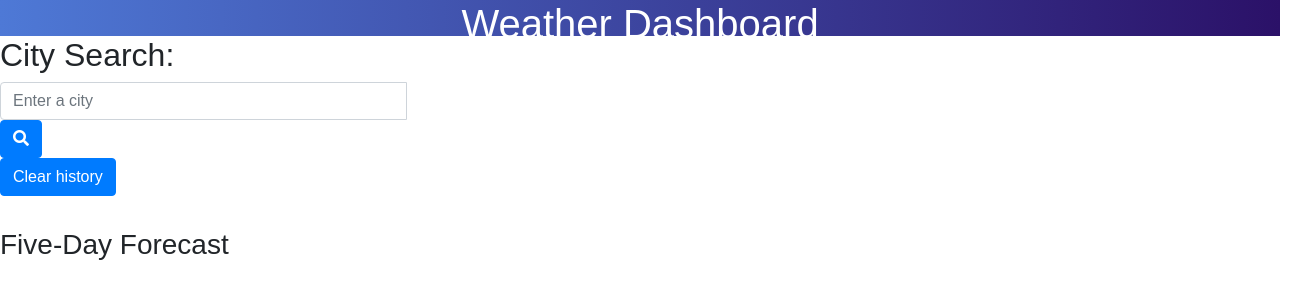
Repository: brenhamp/weather-dashboard
Page: index.html
An editor plug-in stored every save of this project. The page is shown before and after the next save, followed by the edit.
The browser window is 1280 px wide. The page is 1295 px wide, so the pictures cover 1295 px, including what lies to the right of the window. The pictures show the whole page.
Some web libraries are served in a nearby version.

Above is the page before, as saved 2021-12-12 20:04:53.

After the next save:
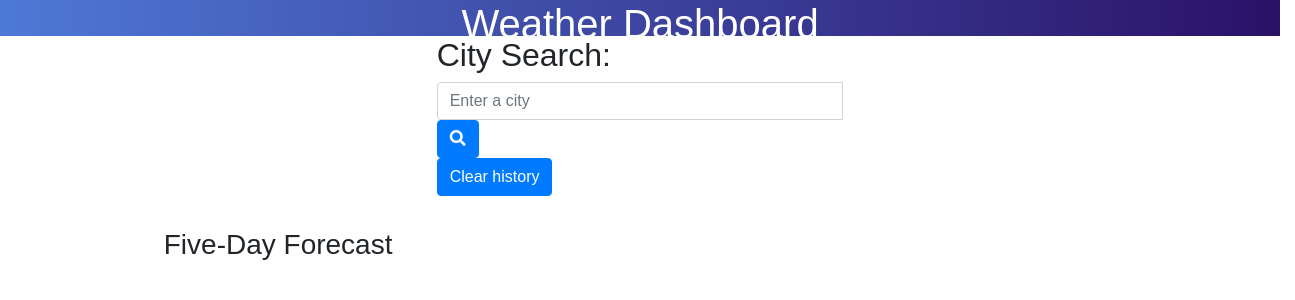
Saved 110 s later.
--- a/assets/css/style.css
+++ b/assets/css/style.css
@@ -14,3 +14,7 @@
 h1 {
     line-height: inherit;
 }
+
+.row {
+    justify-content: space-around;
+}
